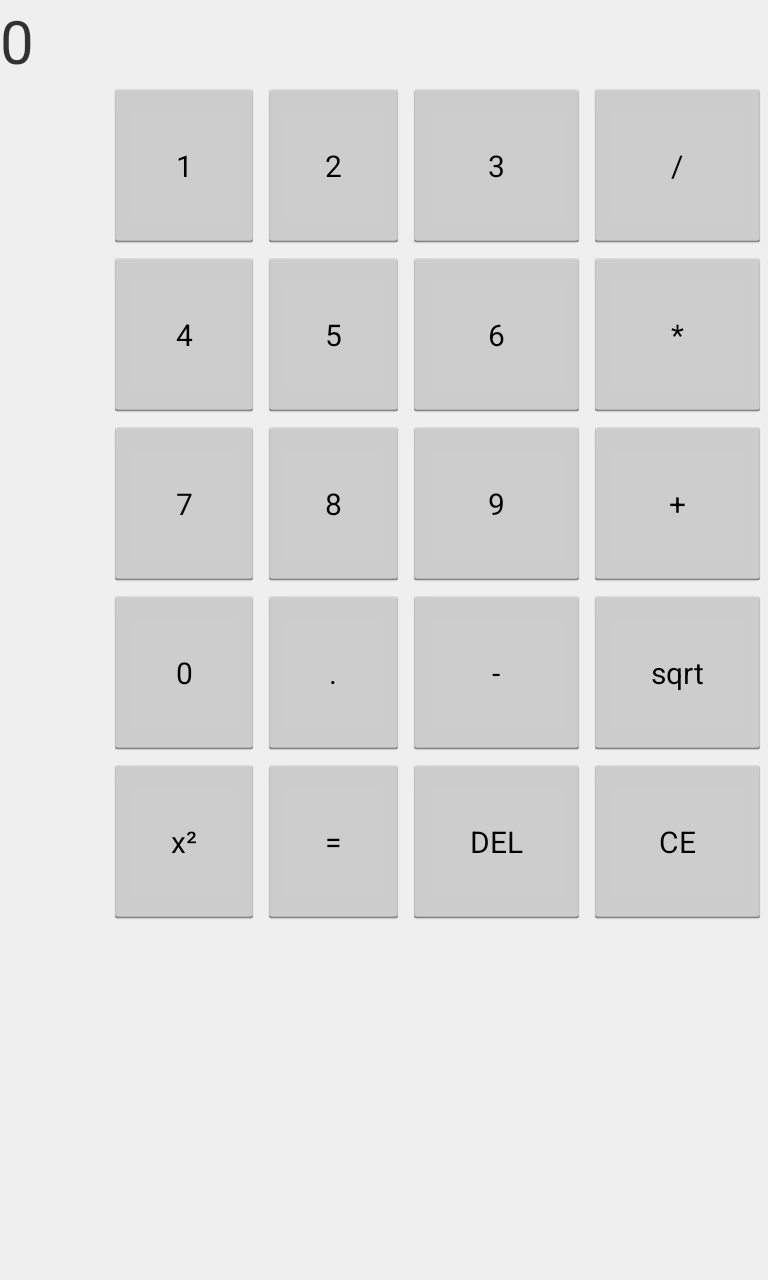
Repository: yrosascu/CursoAndroid
Layout: CalculadoraAndroid/res/layout/activity_calculator_main.xml
An editor plug-in stored every save of this project. The layout is shown before and after the next save, followed by the edit.
It is drawn on a 768 x 1280 px phone screen (xhdpi) without system bars, with theme AppTheme; the app's code is not run.

Above is the layout before, as saved 2013-05-17 05:44:13.

### CalculadoraAndroid/res/layout/activity_calculator_main.xml
<LinearLayout xmlns:android="http://schemas.android.com/apk/res/android"
    android:orientation="vertical"
	android:layout_width="fill_parent"
	android:layout_height="fill_parent"
	android:background="#1111"
	>
	<TextView
	    android:id="@+id/Resultado"
		android:textSize="30sp"
		android:layout_width="fill_parent"
		android:layout_height="wrap_content"
		android:text="0"
	/>

	<TableLayout
		android:layout_width="fill_parent"
		android:layout_height="fill_parent"
		android:stretchColumns="1"
	>

	<TableRow>
	    <Button
	        android:layout_column="4"
			android:id="@+id/Boton1"
			android:layout_width="wrap_content"
			android:layout_height="wrap_content"
			android:text="1"
			android:textSize="15dp"
			android:padding="32dp"
		>

		</Button>
		<Button
			android:layout_column="4"
			android:id="@+id/Boton2"
			android:layout_width="wrap_content"
			android:layout_height="wrap_content"
			android:text="2"
			android:textSize="15dp"
			android:padding="32dp"
		> </Button>
		<Button
			android:layout_column="4"
			android:id="@+id/Boton3"
			android:layout_width="wrap_content"
			android:layout_height="wrap_content"
			android:text="3"
			android:textSize="15dp"
			android:padding="32dp"

		> </Button>
		<Button
			android:layout_column="4"
			android:id="@+id/Botondiv"
			android:layout_width="wrap_content"
			android:layout_height="wrap_content"
			android:text="/"
			android:textSize="15dp"
			android:padding="32dp"
		>
		</Button>

	</TableRow>
		<TableRow>
			<Button
				android:layout_column="4"
				android:id="@+id/Boton4"
				android:layout_width="wrap_content"
				android:layout_height="wrap_content"
				android:text="4"
				android:textSize="15dp"
				android:padding="32dp"
				>
			</Button>
			<Button
				android:layout_column="4"
				android:id="@+id/Boton5"
				android:layout_width="wrap_content"
				android:layout_height="wrap_content"
				android:text="5"
				android:textSize="15dp"
				android:padding="32dp"

			>

			</Button>
			<Button
				android:layout_column="4"
				android:id="@+id/Boton6"
				android:layout_width="wrap_content"
				android:layout_height="wrap_content"
				android:text="6"
				android:textSize="15dp"
				android:padding="32dp"

			>

			</Button>
			<Button
				android:layout_column="4"
				android:id="@+id/Botonmulti"
				android:layout_width="wrap_content"
				android:layout_height="wrap_content"
				android:text="*"
				android:textSize="15dp"
				android:padding="32dp"

			>

			</Button>
	</TableRow>
		<TableRow>
			<Button
				android:layout_column="4"
				android:id="@+id/Boton7"
				android:layout_width="wrap_content"
				android:layout_height="wrap_content"
				android:text="7"

				android:textSize="15dp"
				android:padding="32dp"
			>

			</Button>

			<Button
				android:layout_column="4"
				android:id="@+id/Boton8"
				android:layout_width="wrap_content"
				android:layout_height="wrap_content"
				android:text="8"
				android:textSize="15dp"
				android:padding="32dp"

			>

			</Button>

			<Button
				android:layout_column="4"
				android:id="@+id/Boton9"
				android:layout_width="wrap_content"
				android:layout_height="wrap_content"
				android:text="9"
				android:textSize="15dp"
				android:padding="32dp"

			>

			</Button>
			<Button
				android:layout_column="4"
				android:id="@+id/Botonsuma"
				android:layout_width="wrap_content"
				android:layout_height="wrap_content"
				android:text="+"
				android:textSize="15dp"
				android:padding="32dp"
			>

			</Button>
	</TableRow>
		<TableRow>
			<Button
				android:layout_column="4"
				android:id="@+id/Boton0"
				android:layout_width="wrap_content"
				android:layout_height="wrap_content"
				android:text="0"
				android:textSize="15dp"
				android:padding="32dp"
			>

			</Button>
			<Button
				android:layout_column="4"
				android:id="@+id/Botonpunto"
				android:layout_width="wrap_content"
				android:layout_height="wrap_content"
				android:text="."
				android:textSize="15dp"
				android:padding="32dp"
			>

			</Button>
			<Button
				android:layout_column="4"
				android:id="@+id/Botonresta"
				android:layout_width="wrap_content"
				android:layout_height="wrap_content"
				android:text="-"
				android:textSize="15dp"
				android:padding="32dp"
			>

			</Button>
			<Button
				android:layout_column="4"
				android:id="@+id/Botonsqrt"
				android:layout_width="wrap_content"
				android:layout_height="wrap_content"
				android:text="sqrt"
				android:textSize="15dp"
				android:padding="32dp"
			>

			</Button>
	</TableRow>

		<TableRow>

			<Button
				android:layout_column="4"
				android:id="@+id/Botonexp"
				android:layout_width="wrap_content"
				android:layout_height="wrap_content"
				android:text="x²"
				android:textSize="15dp"
				android:padding="32dp"
			>

			</Button>
			<Button
				android:layout_column="4"
				android:id="@+id/Botonigual"
				android:layout_width="wrap_content"
				android:layout_height="wrap_content"
				android:text="="
				android:textSize="15dp"
				android:padding="32dp"
			>

			</Button>

			<Button
				android:layout_column="4"
				android:id="@+id/DEL"
				android:layout_width="wrap_content"
				android:layout_height="wrap_content"
				android:text="DEL"
				android:textSize="15dp"
				android:padding="32dp"
			>

			</Button>
			<Button
				android:layout_column="4"
				android:id="@+id/CE"
				android:layout_width="wrap_content"
				android:layout_height="wrap_content"
				android:text="CE"
				android:textSize="15dp"
				android:padding="32dp"
			> </Button>
	</TableRow>
</TableLayout>


</LinearLayout>

Loaded but not shown: CalculadoraAndroid/res/values/styles.xml (common file); CalculadoraAndroid/res/values-v11/styles.xml (common file); CalculadoraAndroid/res/values-v14/styles.xml (common file)

After the next save:
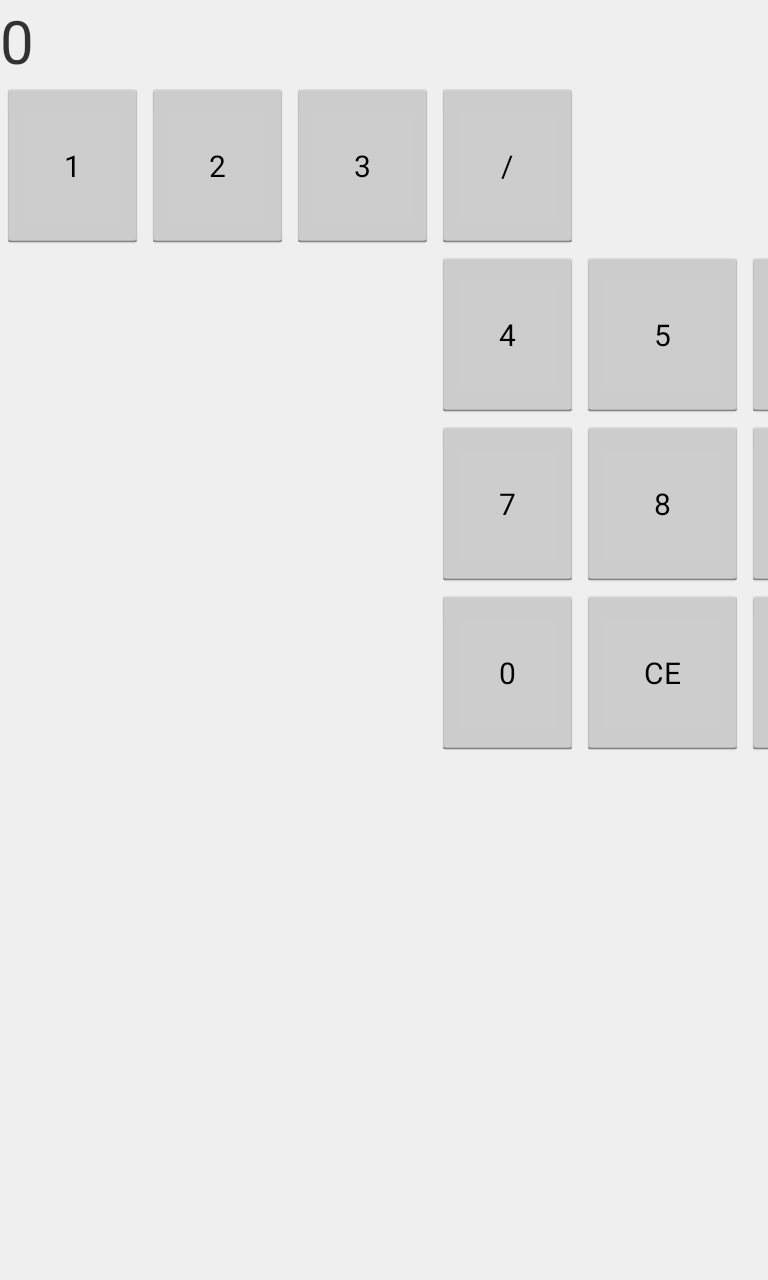
Saved 10 min 37 s later.
--- a/CalculadoraAndroid/res/layout/activity_calculator_main.xml
+++ b/CalculadoraAndroid/res/layout/activity_calculator_main.xml
@@ -20,7 +20,7 @@
 
 	<TableRow>
 	    <Button
-	        android:layout_column="4"
+	        android:layout_column="1"
 			android:id="@+id/Boton1"
 			android:layout_width="wrap_content"
 			android:layout_height="wrap_content"
@@ -31,7 +31,7 @@
 
 		</Button>
 		<Button
-			android:layout_column="4"
+			android:layout_column="1"
 			android:id="@+id/Boton2"
 			android:layout_width="wrap_content"
 			android:layout_height="wrap_content"
@@ -40,7 +40,7 @@
 			android:padding="32dp"
 		> </Button>
 		<Button
-			android:layout_column="4"
+			android:layout_column="1"
 			android:id="@+id/Boton3"
 			android:layout_width="wrap_content"
 			android:layout_height="wrap_content"
@@ -50,7 +50,7 @@
 
 		> </Button>
 		<Button
-			android:layout_column="4"
+			android:layout_column="1"
 			android:id="@+id/Botondiv"
 			android:layout_width="wrap_content"
 			android:layout_height="wrap_content"
@@ -172,86 +172,34 @@
 			>
 
 			</Button>
-			<Button
-				android:layout_column="4"
-				android:id="@+id/Botonpunto"
-				android:layout_width="wrap_content"
-				android:layout_height="wrap_content"
-				android:text="."
-				android:textSize="15dp"
-				android:padding="32dp"
-			>
-
-			</Button>
-			<Button
-				android:layout_column="4"
-				android:id="@+id/Botonresta"
-				android:layout_width="wrap_content"
-				android:layout_height="wrap_content"
-				android:text="-"
-				android:textSize="15dp"
-				android:padding="32dp"
-			>
-
-			</Button>
-			<Button
-				android:layout_column="4"
-				android:id="@+id/Botonsqrt"
-				android:layout_width="wrap_content"
-				android:layout_height="wrap_content"
-				android:text="sqrt"
-				android:textSize="15dp"
-				android:padding="32dp"
-			>
-
-			</Button>
-	</TableRow>
-
-		<TableRow>
-
-			<Button
-				android:layout_column="4"
-				android:id="@+id/Botonexp"
-				android:layout_width="wrap_content"
-				android:layout_height="wrap_content"
-				android:text="x²"
-				android:textSize="15dp"
-				android:padding="32dp"
-			>
-
-			</Button>
-			<Button
-				android:layout_column="4"
-				android:id="@+id/Botonigual"
-				android:layout_width="wrap_content"
-				android:layout_height="wrap_content"
-				android:text="="
-				android:textSize="15dp"
-				android:padding="32dp"
-			>
-
-			</Button>
-
-			<Button
-				android:layout_column="4"
-				android:id="@+id/DEL"
-				android:layout_width="wrap_content"
-				android:layout_height="wrap_content"
-				android:text="DEL"
-				android:textSize="15dp"
-				android:padding="32dp"
-			>
-
-			</Button>
-			<Button
-				android:layout_column="4"
-				android:id="@+id/CE"
-				android:layout_width="wrap_content"
-				android:layout_height="wrap_content"
-				android:text="CE"
-				android:textSize="15dp"
-				android:padding="32dp"
-			> </Button>
+
+			<Button
+			    android:layout_column="4"
+			    android:id="@+id/CE"
+			    android:layout_width="wrap_content"
+			    android:layout_height="wrap_content"
+			    android:padding="32dp"
+			    android:text="CE"
+			    android:textSize="15dp" />
+
+			<Button
+			    android:layout_column="4"
+			    android:id="@+id/Botonigual"
+			    android:layout_width="wrap_content"
+			    android:layout_height="wrap_content"
+			    android:padding="32dp"
+			    android:text="="
+			    android:textSize="15dp" />
+
+			<Button
+			    android:layout_column="4"
+			    android:id="@+id/Botonresta"
+			    android:layout_width="wrap_content"
+			    android:layout_height="wrap_content"
+			    android:padding="32dp"
+			    android:text="-"
+			    android:textSize="15dp" />
+
 	</TableRow>
 </TableLayout>
 
